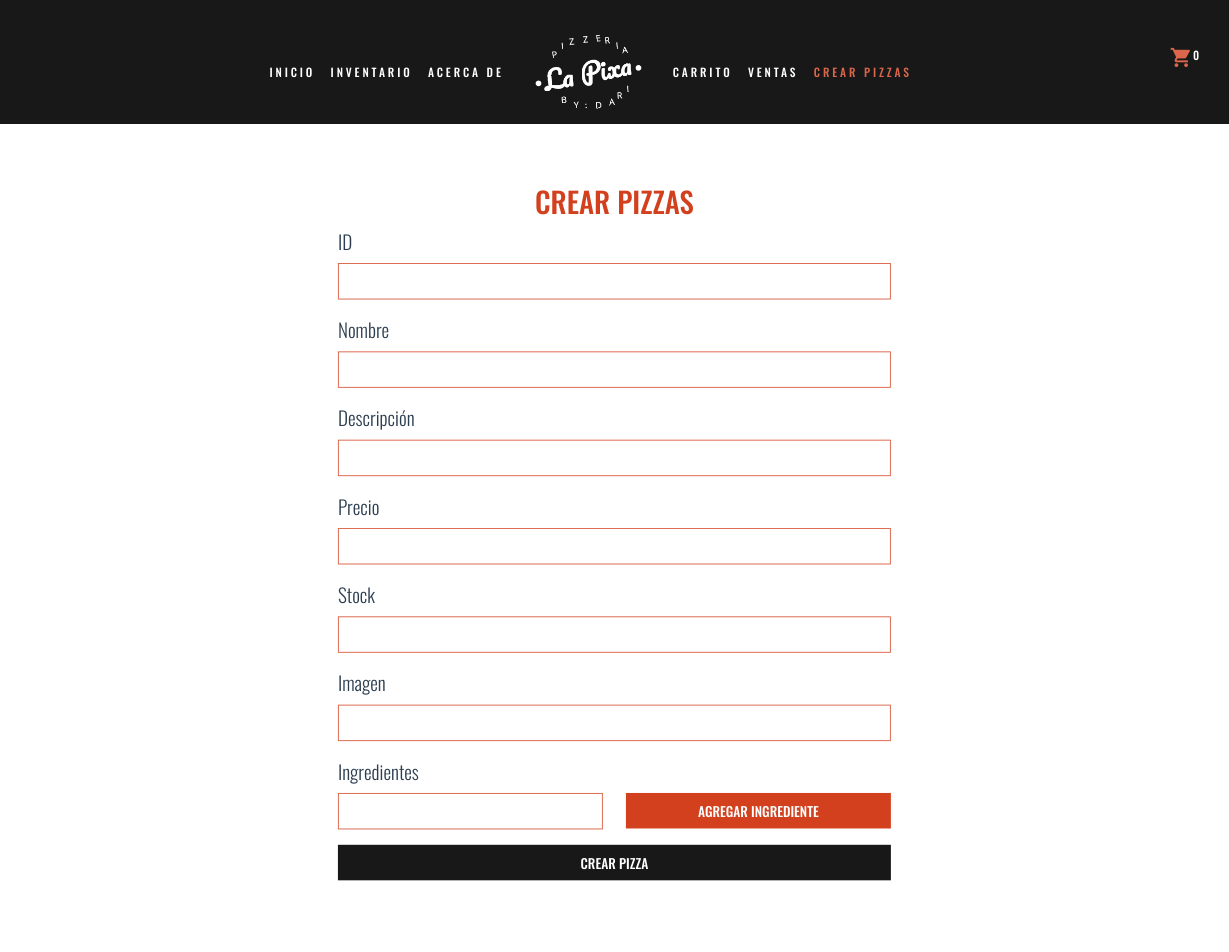
Repository: Darigo30/prueba-vue-dari-pizza
Page: /crearPizzas
An editor plug-in stored every save of this project. The page is shown before and after the next save, followed by the edit.
The browser window is 1280 px wide. The pictures show the whole page, at 96% of full size.
The project was rebuilt for these pictures with package versions that can differ from the ones it lists, and the page was loaded fresh each time. Also part of the build but not shown: src/views/Home.vue.

Above is the page before, as saved 2021-05-23 23:00:40.

After the next save:
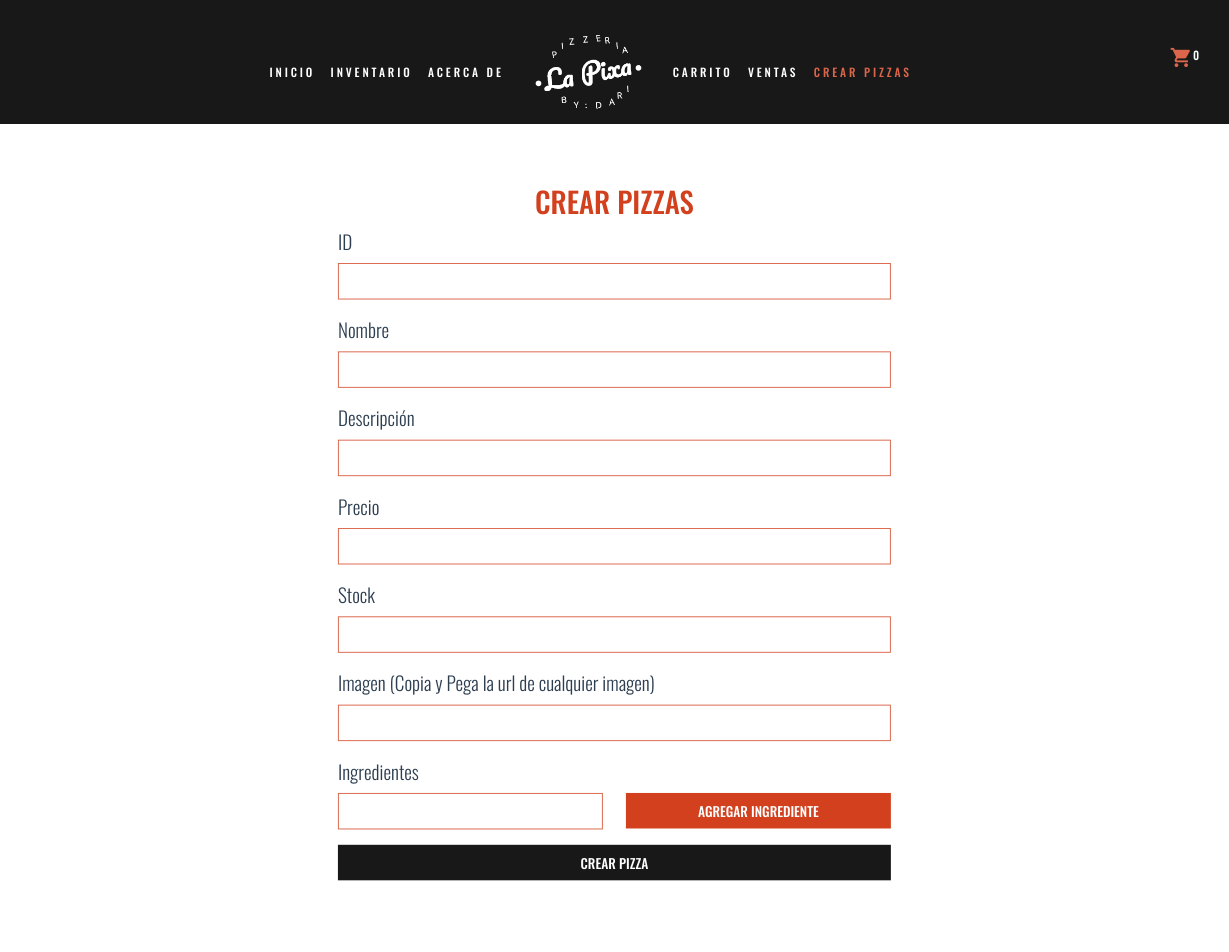
Saved 32 s later.
--- a/src/views/CrearPizzas.vue
+++ b/src/views/CrearPizzas.vue
@@ -25,7 +25,7 @@
             <input type="text" class="form-control bord-fo" v-model="pizza.stock" />
           </div>
           <div class="mb-3 text-start">
-            <label class="form-label descrip">Imagen</label>
+            <label class="form-label descrip">Imagen (Copia y Pega la url de cualquier imagen)</label>
             <input type="text" class="form-control bord-fo" v-model="pizza.img" />
           </div>
           <div class="mb-3 text-start">
